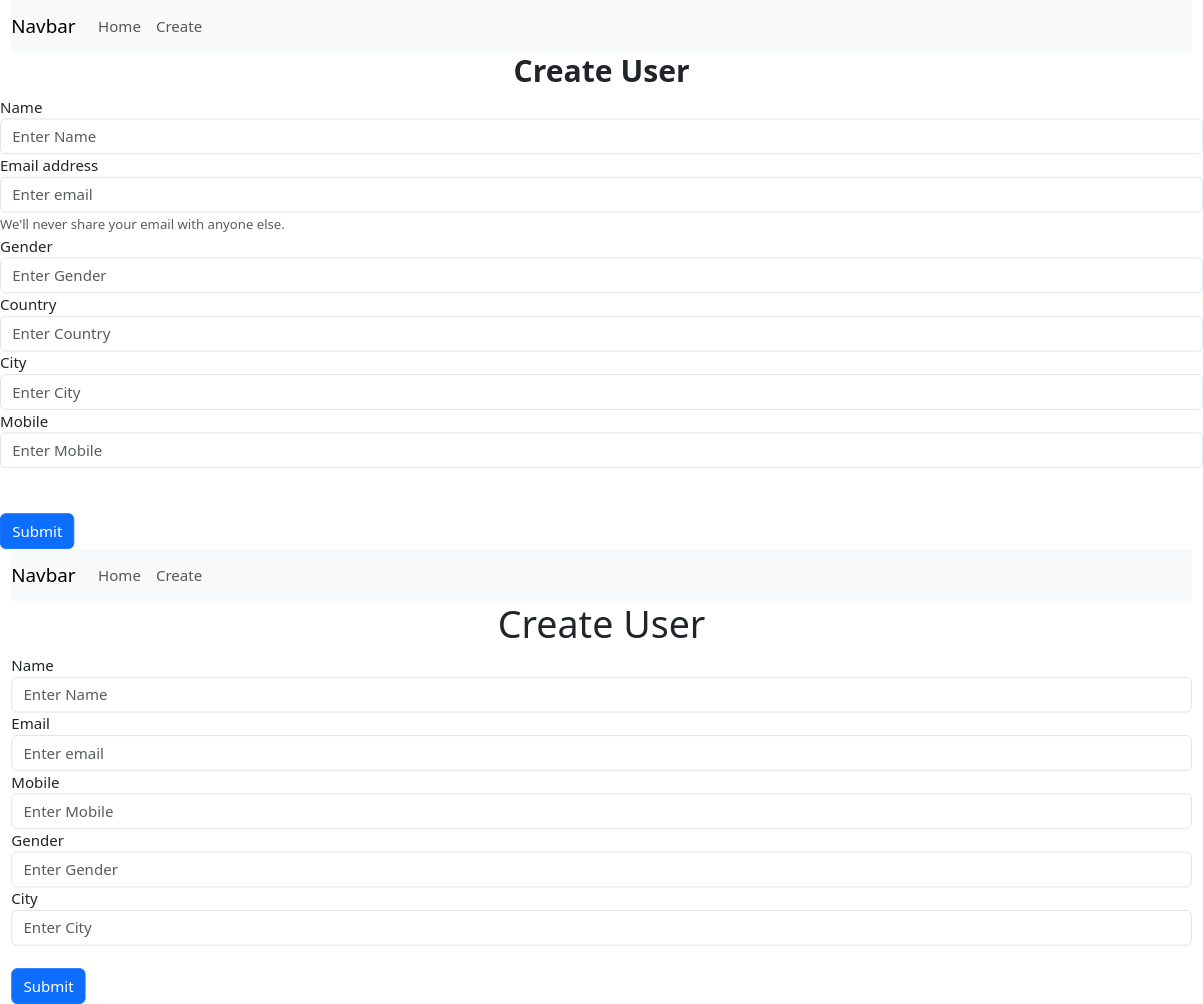
Repository: muzthy8/crud
Page: HTML/Create.html
An editor plug-in stored every save of this project. The page is shown before and after the next save, followed by the edit.
The browser window is 1280 px wide. The pictures show the whole page, at 94% of full size.

Above is the page before, as saved 2023-07-06 12:03:51.
Console error: TypeError: document.forms is not a function

### HTML/Create.html
<!DOCTYPE html>
<html lang="en">
<head>
    <meta charset="UTF-8">
    <meta http-equiv="X-UA-Compatible" content="IE=edge">
    <meta name="viewport" content="width=device-width, initial-scale=1.0">
    <title>Create.User</title>

    <link href="https://cdn.jsdelivr.net/npm/bootstrap@5.3.0/dist/css/bootstrap.min.css" rel="stylesheet" integrity="sha384-9ndCyUaIbzAi2FUVXJi0CjmCapSmO7SnpJef0486qhLnuZ2cdeRhO02iuK6FUUVM" crossorigin="anonymous">

</head>
<body>
    <div class="container-fluid">
        <nav class="navbar navbar-expand-lg navbar-light bg-light">
            <a class="navbar-brand" href="#">Navbar</a>
            <button class="navbar-toggler" type="button" data-toggle="collapse" data-target="#navbarNav" aria-controls="navbarNav" aria-expanded="false" aria-label="Toggle navigation">
              <span class="navbar-toggler-icon"></span>
            </button>
            <div class="collapse navbar-collapse" id="navbarNav">
              <ul class="navbar-nav">
                <li class="nav-item active">
                  <a class="nav-link" href="./../index.html">Home </a>
                </li>
                <li class="nav-item">
                  <a class="nav-link" href="./create.html">Create</a>
                </li>
              </ul>
            </div>
          </nav>
    </div>
    <div> <h2 style="text-align: center;"> <b> Create User </b> </h2> </div>
    <form name="createform" action="" method="post">
      <div class="form-group">
        <label for="exampleInputEmail1">Name</label>
        <input type="text" class="form-control" id="name" placeholder="Enter Name">
      </div>
      <div class="form-group">
        <label for="exampleInputEmail1">Email address</label>
        <input type="email" class="form-control" id="email" id="exampleInputEmail1" aria-describedby="emailHelp" placeholder="Enter email">
        <small id="emailHelp" class="form-text text-muted">We'll never share your email with anyone else.</small>
      </div>
      <div class="form-group">
        <label for="exampleInputEmail1">Gender</label>
        <input type="text" class="form-control" id="gender" placeholder="Enter Gender">
      </div>
      <div class="form-group">
        <label for="exampleInputEmail1">Country</label>
        <input type="text" class="form-control" id="country" placeholder="Enter Country">
      </div>
      <div class="form-group">
        <label for="exampleInputEmail1">City</label>
        <input type="text" class="form-control" id="city" placeholder="Enter City">
      </div>
      <div class="form-group">
        <label for="exampleInputEmail1">Mobile</label>
        <input type="text" class="form-control" id="mobile" placeholder="Enter Mobile">
      </div>
      <br><br>
      <button type="submit" name="submit" class="btn btn-primary">Submit</button>
    </form>
    <script src="./../JS/create.js"></script>
</body>
</html>

<!DOCTYPE html>
<html lang="en">
<head>
    <meta charset="UTF-8">
    <meta http-equiv="X-UA-Compatible" content="IE=edge">
    <meta name="viewport" content="width=device-width, initial-scale=1.0">
    <title>Create User</title>
    <link href="https://cdn.jsdelivr.net/npm/bootstrap@5.3.0/dist/css/bootstrap.min.css" rel="stylesheet" integrity="sha384-9ndCyUaIbzAi2FUVXJi0CjmCapSmO7SnpJef0486qhLnuZ2cdeRhO02iuK6FUUVM" crossorigin="anonymous">

</head>
<body>
    <div class="container-fluid">
        <nav class="navbar navbar-expand-lg navbar-light bg-light">
            <a class="navbar-brand" href="#">Navbar</a>
            <button class="navbar-toggler" type="button" data-toggle="collapse" data-target="#navbarNav" aria-controls="navbarNav" aria-expanded="false" aria-label="Toggle navigation">
              <span class="navbar-toggler-icon"></span>
            </button>
            <div class="collapse navbar-collapse" id="navbarNav">
              <ul class="navbar-nav">
                <li class="nav-item active">
                  <a class="nav-link" href="./../index.html">Home</a>
                </li>
                <li class="nav-item">
                  <a class="nav-link" href="./create.html">Create</a>
                </li>
              </ul>
            </div>
          </nav>
          <h1 style="text-align: center;">Create User</h1>

          <form name="createForm" action="" method="post" id="createForm">
            <div class="form-group">
                <label for="exampleInputEmail1">Name</label>
                <input type="text" class="form-control" id="name" placeholder="Enter Name">
            </div>
            <div class="form-group">
              <label for="exampleInputEmail1">Email</label>
              <input type="email" class="form-control"  id="email" placeholder="Enter email">
            </div>
            <div class="form-group">
                <label for="exampleInputEmail1">Mobile</label>
                <input type="text" class="form-control" id="mobile" placeholder="Enter Mobile">
            </div>
            <div class="form-group">
                <label for="exampleInputEmail1">Gender</label>
                <input type="text" class="form-control" id="gender" placeholder="Enter Gender">
            </div>

            <div class="form-group">
                <label for="exampleInputEmail1">City</label>
                <input type="text" class="form-control" id="city" placeholder="Enter City">
            </div>
            <br>
            <button type="submit" name="submit" class="btn btn-primary">Submit</button>
          </form>
    </div>
    <script src="./../JS/create.js"></script>
</body>
</html>

### JS/create.js
const url= 'https://648343d1f2e76ae1b95c3956.mockapi.io/users'

let myform = document.forms('createform')


myform.addEventListener('submit',async(e)=>{
    e.preventDefault()

    let data = {
       name:myform.name.value,
       email:myform.email.value,
       gender:myform.gender.value,
       country:myform.country.value,
       city:myform.city.value,
       mobile:myform.mobile.value,

    }

    let res = await fetch(url,{
        headers:{
            "Content-Type":"application/jsons"
        },
        method:"POST",
        body:JSON.stringify(data)

    })

    window.location.href='/'

})

After the next save:
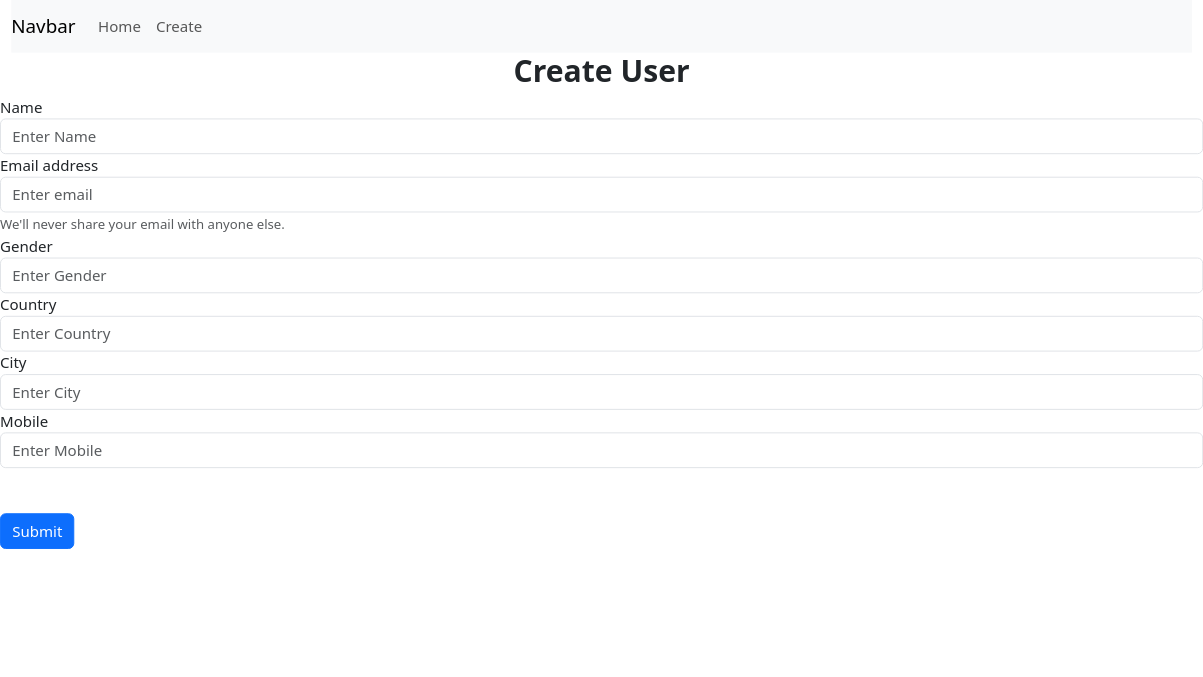
Saved 44 s later.
--- a/HTML/Create.html
+++ b/HTML/Create.html
@@ -61,63 +61,3 @@
     <script src="./../JS/create.js"></script>
 </body>
 </html>
-
-<!DOCTYPE html>
-<html lang="en">
-<head>
-    <meta charset="UTF-8">
-    <meta http-equiv="X-UA-Compatible" content="IE=edge">
-    <meta name="viewport" content="width=device-width, initial-scale=1.0">
-    <title>Create User</title>
-    <link href="https://cdn.jsdelivr.net/npm/bootstrap@5.3.0/dist/css/bootstrap.min.css" rel="stylesheet" integrity="sha384-9ndCyUaIbzAi2FUVXJi0CjmCapSmO7SnpJef0486qhLnuZ2cdeRhO02iuK6FUUVM" crossorigin="anonymous">
-
-</head>
-<body>
-    <div class="container-fluid">
-        <nav class="navbar navbar-expand-lg navbar-light bg-light">
-            <a class="navbar-brand" href="#">Navbar</a>
-            <button class="navbar-toggler" type="button" data-toggle="collapse" data-target="#navbarNav" aria-controls="navbarNav" aria-expanded="false" aria-label="Toggle navigation">
-              <span class="navbar-toggler-icon"></span>
-            </button>
-            <div class="collapse navbar-collapse" id="navbarNav">
-              <ul class="navbar-nav">
-                <li class="nav-item active">
-                  <a class="nav-link" href="./../index.html">Home</a>
-                </li>
-                <li class="nav-item">
-                  <a class="nav-link" href="./create.html">Create</a>
-                </li>
-              </ul>
-            </div>
-          </nav>
-          <h1 style="text-align: center;">Create User</h1>
-
-          <form name="createForm" action="" method="post" id="createForm">
-            <div class="form-group">
-                <label for="exampleInputEmail1">Name</label>
-                <input type="text" class="form-control" id="name" placeholder="Enter Name">
-            </div>
-            <div class="form-group">
-              <label for="exampleInputEmail1">Email</label>
-              <input type="email" class="form-control"  id="email" placeholder="Enter email">
-            </div>
-            <div class="form-group">
-                <label for="exampleInputEmail1">Mobile</label>
-                <input type="text" class="form-control" id="mobile" placeholder="Enter Mobile">
-            </div>
-            <div class="form-group">
-                <label for="exampleInputEmail1">Gender</label>
-                <input type="text" class="form-control" id="gender" placeholder="Enter Gender">
-            </div>
-
-            <div class="form-group">
-                <label for="exampleInputEmail1">City</label>
-                <input type="text" class="form-control" id="city" placeholder="Enter City">
-            </div>
-            <br>
-            <button type="submit" name="submit" class="btn btn-primary">Submit</button>
-          </form>
-    </div>
-    <script src="./../JS/create.js"></script>
-</body>
-</html>
